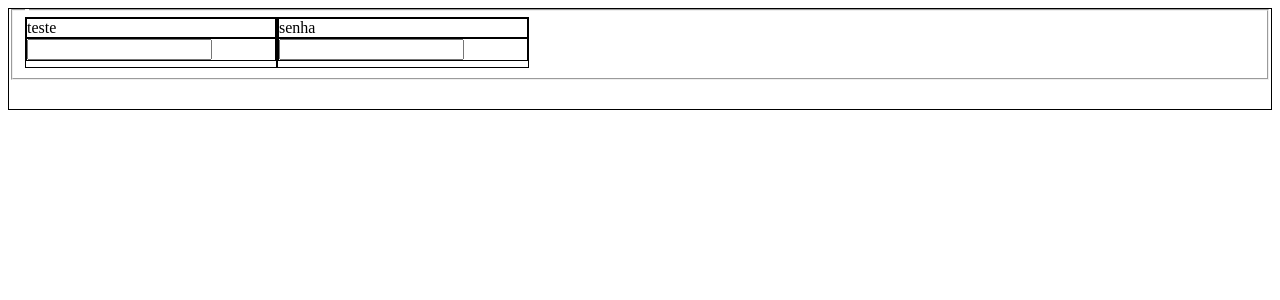
Repository: ermartins/MADASCAR
Page: http://localhost/ProjectPortal_ERM/Login/Login.jsp
These files come from the project's save history. The page is drawn as it stood at one moment and after the next save; the edit follows.
The browser window is 1280 px wide. The pictures show the whole page.
The page is served by Tomcat 9.

Above is the page before, as saved 2016-10-11 17:48:33.

After the next save:
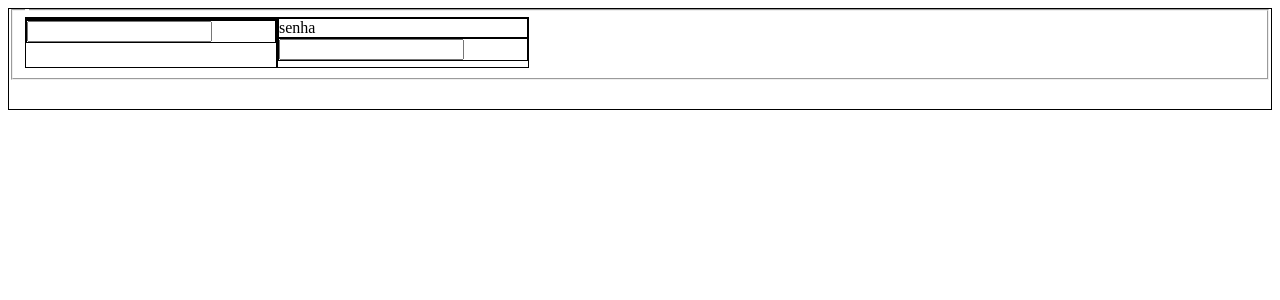
Saved 72 s later.
--- a/JAVA/ProjectPortal_ERM/WebContent/Login/Login.jsp
+++ b/JAVA/ProjectPortal_ERM/WebContent/Login/Login.jsp
@@ -1,6 +1,6 @@
 <%@ page language="java" contentType="text/html; charset=ISO-8859-1"
 	pageEncoding="ISO-8859-1"%>
-<!-- <%@taglib prefix="fmt" uri="http://java.sun.com/jsp/jstl/fmt" %> -->
+<%@taglib prefix="fmt" uri="http://java.sun.com/jsp/jstl/fmt" %>
 <!DOCTYPE html PUBLIC "-//W3C//DTD HTML 4.01 Transitional//EN" "http://www.w3.org/TR/html4/loose.dtd">
 <html>
 <head>
@@ -17,7 +17,7 @@
 			<legend></legend>
 			<div class="cl_Border" style="float: left; width: 250px; height: 49px;">
 				<div class="cl_Border">
-				<label id ="lblUsuario">teste</label>
+				<label id ="lblUsuario"><fmt></label>
 				</div>
 				<div class="cl_Border">
 					<input type="text" name="txtUsuario">
